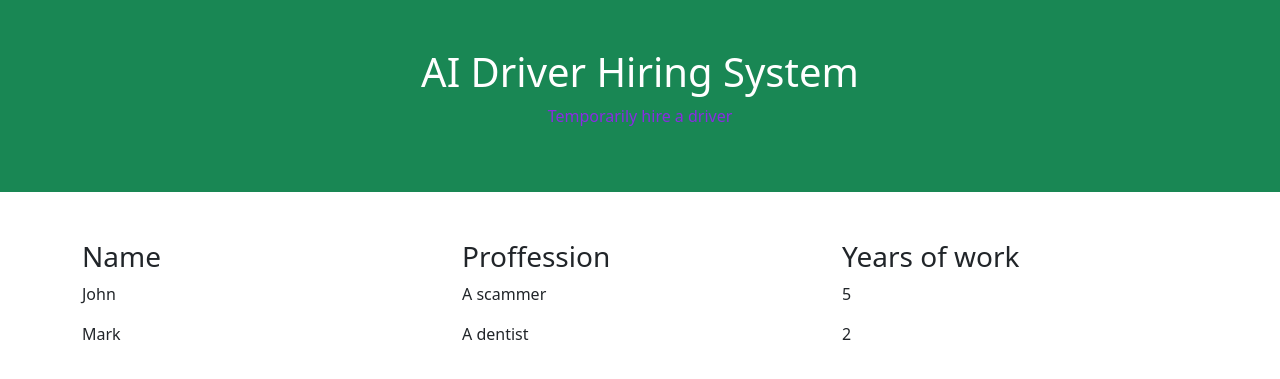
Repository: Wuda2000/AI-powered-Driver-hiring-system
Page: ONE.html
An editor plug-in stored every save of this project. The page is shown before and after a run of saves, followed by the edit.
The browser window is 1280 px wide. The pictures show the whole page.

Above is the page before, as saved 2024-12-23 22:23:36.

### ONE.html
<!DOCTYPE html>
<html lang="en">
<head>
  <title>Bootstrap 5 Example</title>
  <meta charset="utf-8">
  <meta name="viewport" content="width=device-width, initial-scale=1">
  <link href="https://cdn.jsdelivr.net/npm/bootstrap@5.3.3/dist/css/bootstrap.min.css" rel="stylesheet">
  <script src="https://cdn.jsdelivr.net/npm/bootstrap@5.3.3/dist/js/bootstrap.bundle.min.js"></script>
</head>
<body>


    <div class="container-fluid p-5 bg-success text-white text-center">
        <h1>AI Driver Hiring System</h1>
        <p style="color: blueviolet;">Temporarily hire a driver</p>
      </div>

      <div class="container mt-5">
        <div class="row">
          <div class="col-sm-4">
            <h3>Name</h3>
            <p>John</p>
            <p>Mark</p>
          </div>
          <div class="col-sm-4">
            <h3>Proffession</h3>
            <p>A scammer</p>
            <p>A dentist</p>
          </div>
          <div class="col-sm-4">
            <h3>Years of work</h3>
            <p>5</p>
            <p>2</p>
          </div>
        </div>
      </div>
</body>
</html>

After the next 2 saves:
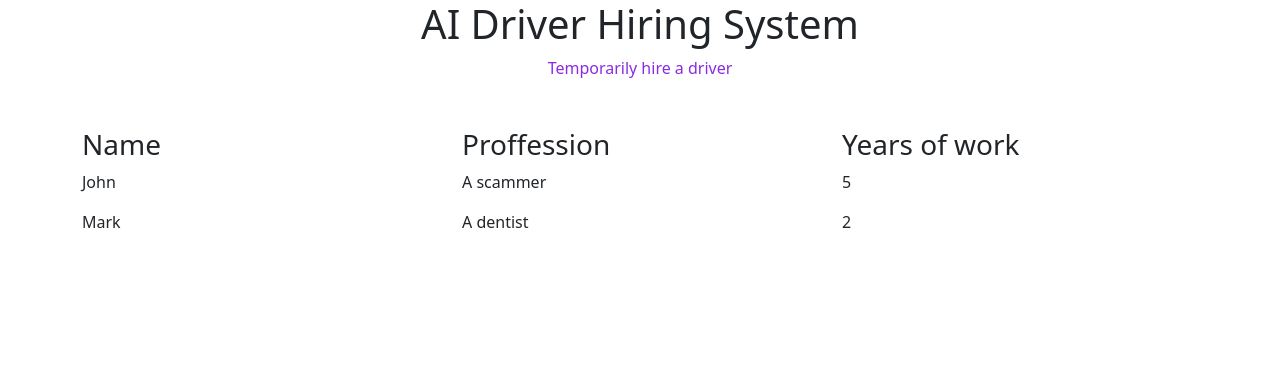
The 2 saves are shown as one change because they came seconds apart.
The last was saved 66 s later.
--- a/ONE.html
+++ b/ONE.html
@@ -10,7 +10,7 @@
 <body>
 
 
-    <div class="container-fluid p-5 bg-success text-white text-center">
+    <div class="container-fluid p-5text-white text-center">
         <h1>AI Driver Hiring System</h1>
         <p style="color: blueviolet;">Temporarily hire a driver</p>
       </div>
